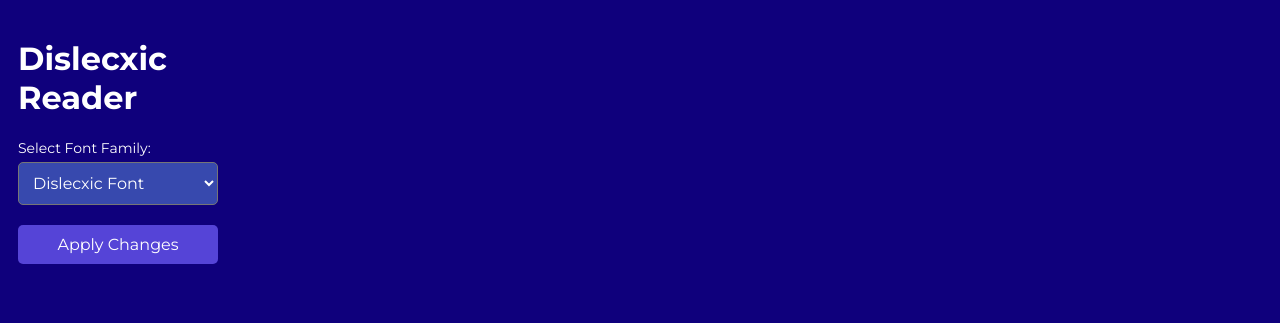
Repository: adatechschool/extension-navigateur-extension_walid_eliana_imelda
Page: Extention 3/popup.html
An editor plug-in stored every save of this project. The page is shown before and after the next save, followed by the edit.
The browser window is 1280 px wide. The pictures show the whole page.

Above is the page before, as saved 2024-01-15 12:36:26.

### Extention 3/popup.html
<!-- popup.html -->
<!DOCTYPE html>
<html>
<head>
  <link rel="stylesheet" type="text/css" href="popup.css">
  <script type="module" src="popup.js"></script>

  <link rel="preconnect" href="https://fonts.googleapis.com">
  <link rel="preconnect" href="https://fonts.gstatic.com" crossorigin>
  <link href="https://fonts.googleapis.com/css2?family=Montserrat:wght@400;700&display=swap" rel="stylesheet">

</head>

<body>
    <h1> Dislecxic Reader </h1>
  <label for="font-family">Select Font Family:</label>

  <select id="font-family">

    <option value= "OpenDyslexic-Regular">Dislecxic Font</option>
    <option value="helvetica">bold-letters</option>

    <option value="Rockwell"> Le deux</option>
    <!-- Add more font options as needed -->
  </select>




  <button id="apply-button">Apply Changes</button>
</body>
</html>

### Extention 3/popup.css
body {
    width: 200px;
    padding: 10px;
    background-color: #0f007c;
    border-radius: 5px;

  }

  label {
    font-family: Montserrat;
    display: block;
    margin-bottom: 5px;
    font-size: 14px;
   color : white;
  }

  select, button {
    width: 100%;
    margin-bottom: 20px;
    padding: 10px;
    font-size: 16px;
    background-color:#3749ae;
    border-radius: 5px;
    font-family: Montserrat;
    color : white;

  }

  button {
    background-color: #5544d7;
    border: 5px;
    cursor: pointer;

  }

  button:hover {
    background-color: #357ae8;
  }
  h1 {
    color:white;
    font-family: Montserrat;
  }

### Extention 3/popup.js
document.addEventListener('DOMContentLoaded', function() {
  var applyButton = document.getElementById('apply-button');
  var fontFamilySelect = document.getElementById('font-family');

  applyButton.addEventListener('click', function() {
    var selectedFontFamily = fontFamilySelect.value;
    chrome.tabs.query({ active: true, currentWindow: true }, function(tabs) {
      chrome.tabs.sendMessage(tabs[0].id, { action: 'applyChanges', selectedFontFamily: selectedFontFamily });
    });
  });
});

After the next save:
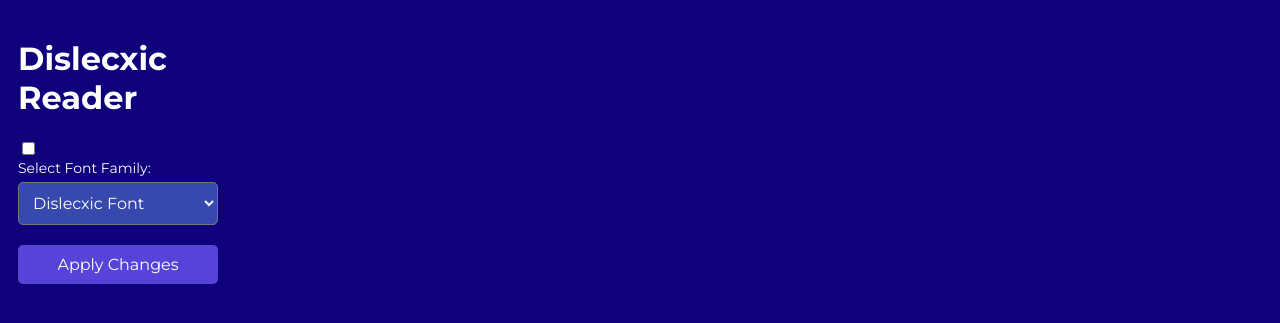
Saved 3 min 25 s later.
--- a/Extention 3/popup.html
+++ b/Extention 3/popup.html
@@ -12,7 +12,9 @@
 </head>
 
 <body>
+
     <h1> Dislecxic Reader </h1>
+    <input type="checkbox">
   <label for="font-family">Select Font Family:</label>
 
   <select id="font-family">
